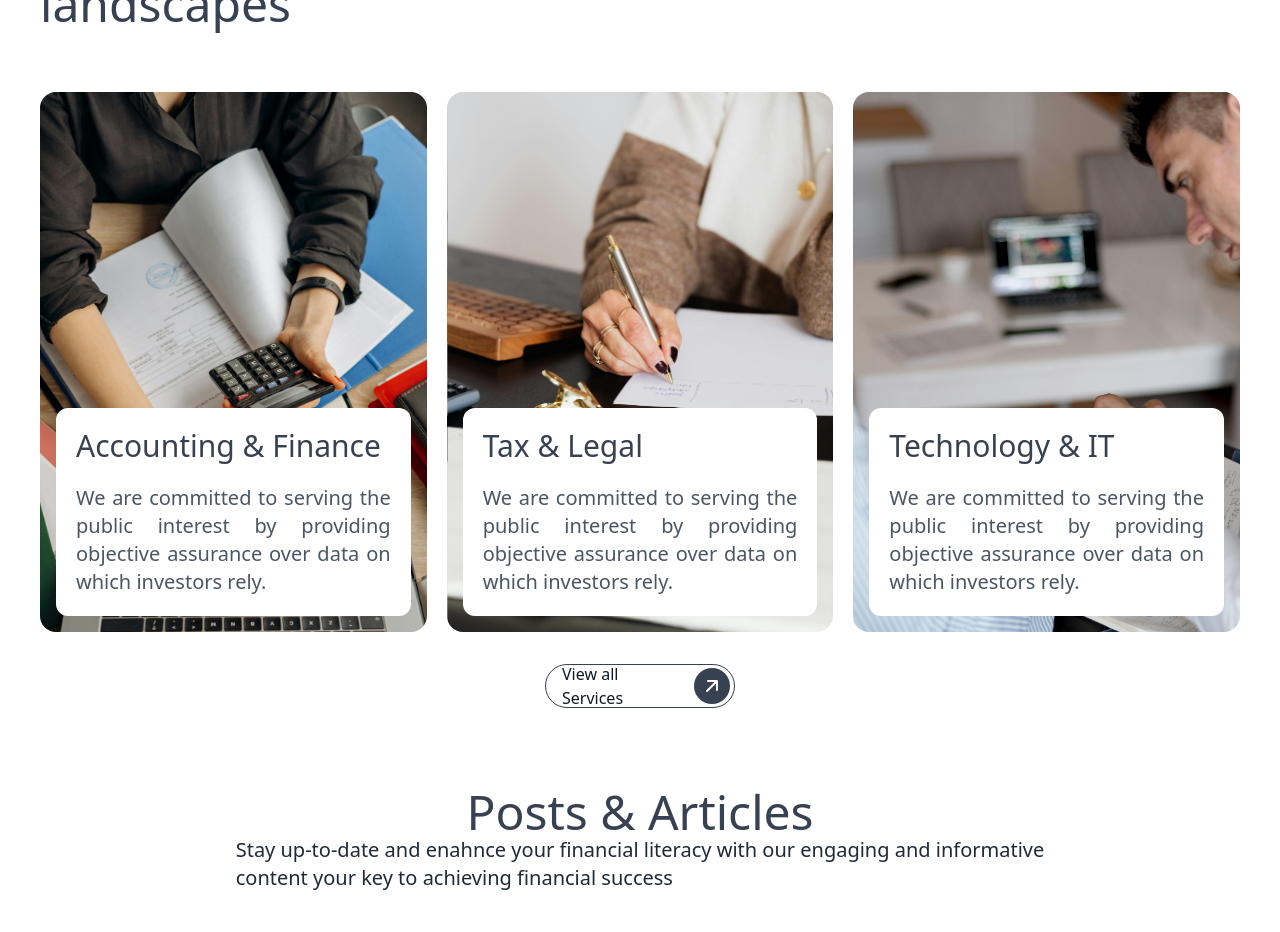
Repository: vespersolutionspk18/integrast-website
Page: /
These files come from the project's save history. The page is drawn as it stood at one moment and after the next save; the edit follows.
The browser window is 1280 px wide. The pictures show the part of the page from y = 1054 to 2006 px (the page is 1986 px tall before and 2006 px after).
The project was rebuilt for these pictures with package versions that can differ from the ones it lists, and the page was loaded fresh each time. The framework's server and built-in components were replaced by stand-ins that run in the browser. Also part of the build but not shown: next.config.ts.

Above is the page before, as saved 2024-12-09 16:43:55.

After the next save:
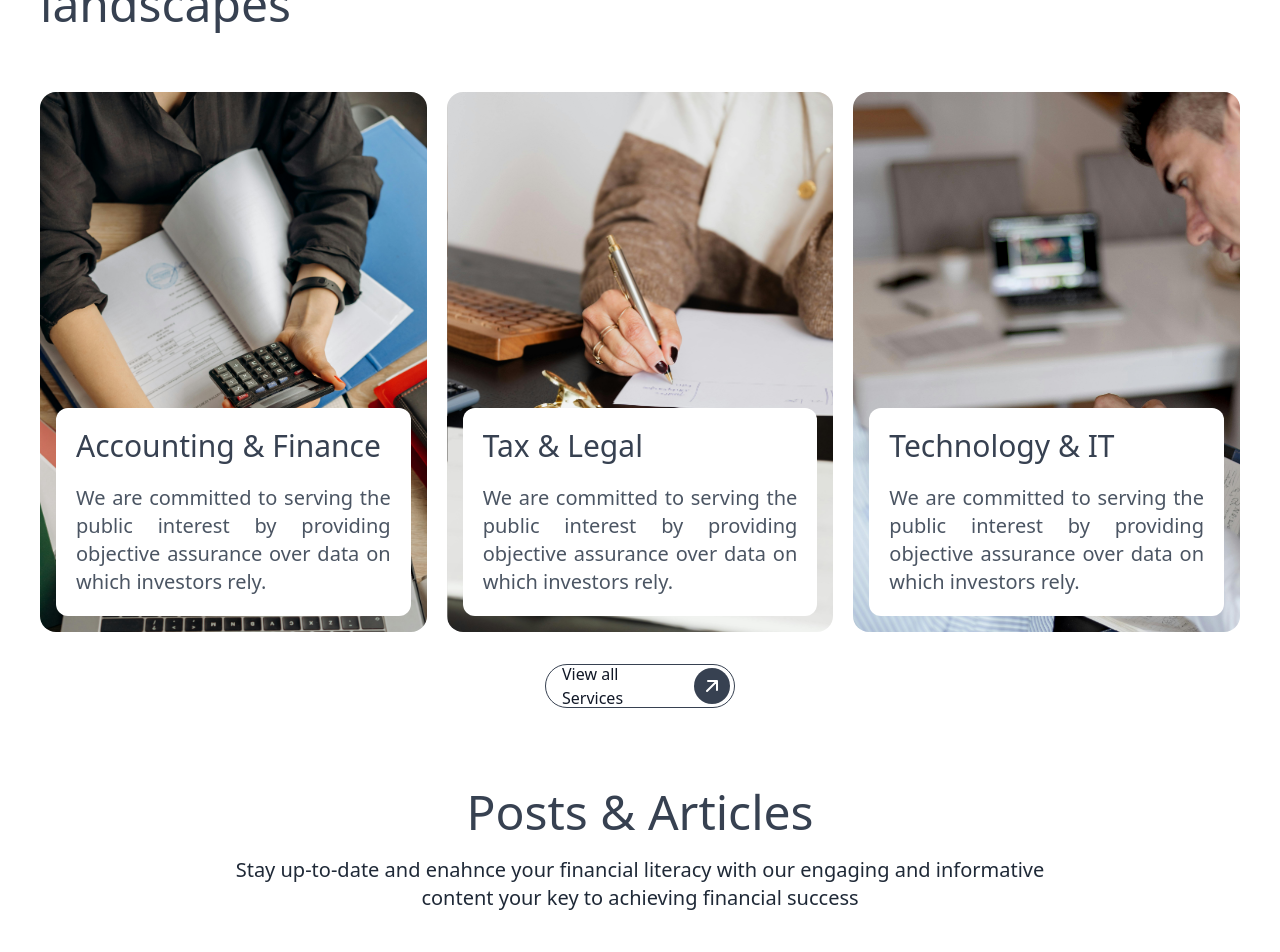
Saved 15 s later.
--- a/app/Postsart.tsx
+++ b/app/Postsart.tsx
@@ -4,7 +4,7 @@ const Postsart = () => {
   return (
     <div className="flex flex-col p-10 items-center">
         <h2 className="text-5xl font-sans text-gray-700 font-light">Posts & Articles</h2>
-        <p className="font-sans text-xl text-gray-800">Stay up-to-date and enahnce your financial literacy with our engaging and informative<br></br>content your key to achieving financial success</p>
+        <p className="font-sans text-xl text-gray-800 font-light text-center mt-5">Stay up-to-date and enahnce your financial literacy with our engaging and informative<br></br>content your key to achieving financial success</p>
     </div>
   )
 }
